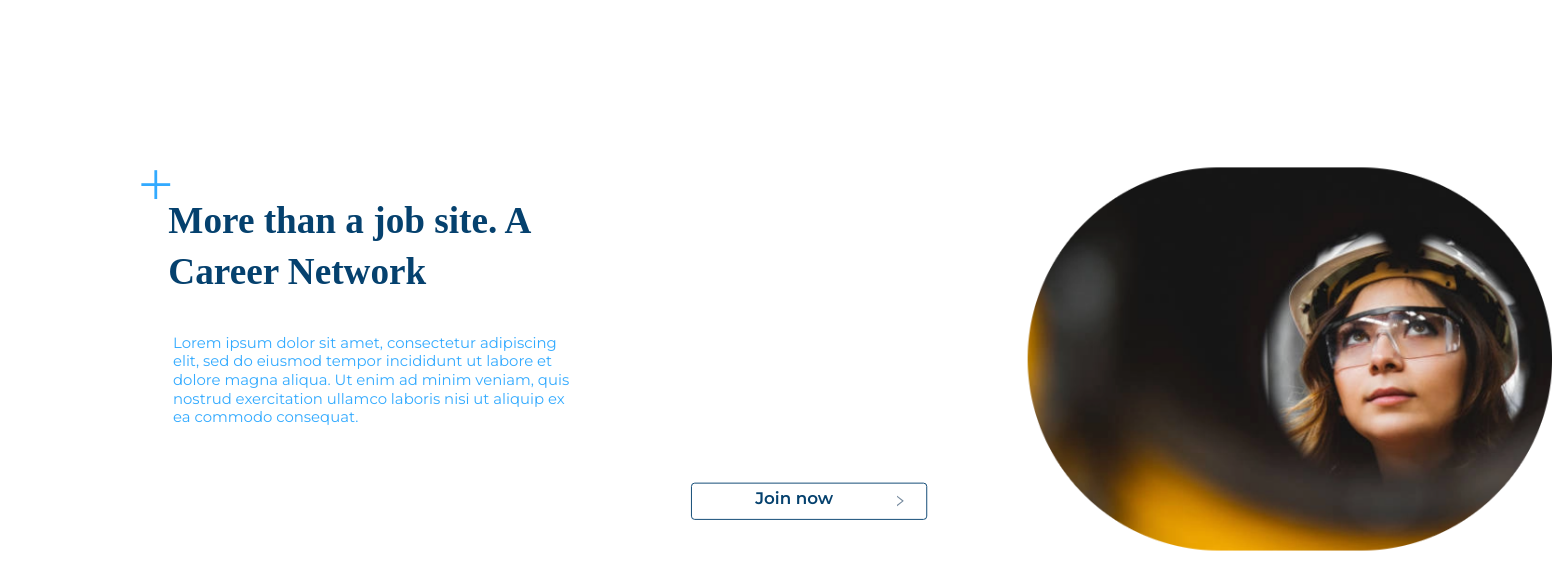
Repository: shekharyadav638/OSL_Assignment_1
Page: index.html
The author's editor kept a copy of each file at every save. The page is drawn from the files as they stood at one save, then again after the next save.
The browser window is 1280 px wide. The page is 1669 px wide, then 1574 px, so the pictures cover 1669 px, including what lies to the right of the window. The pictures show the whole page, at 93% of full size.
The style sheet was rebuilt from its Sass, Less or Tailwind sources for each picture, by a compiler version that may differ from the author's.

Above is the page before, as saved 2024-07-14 22:44:33.

After the next save:
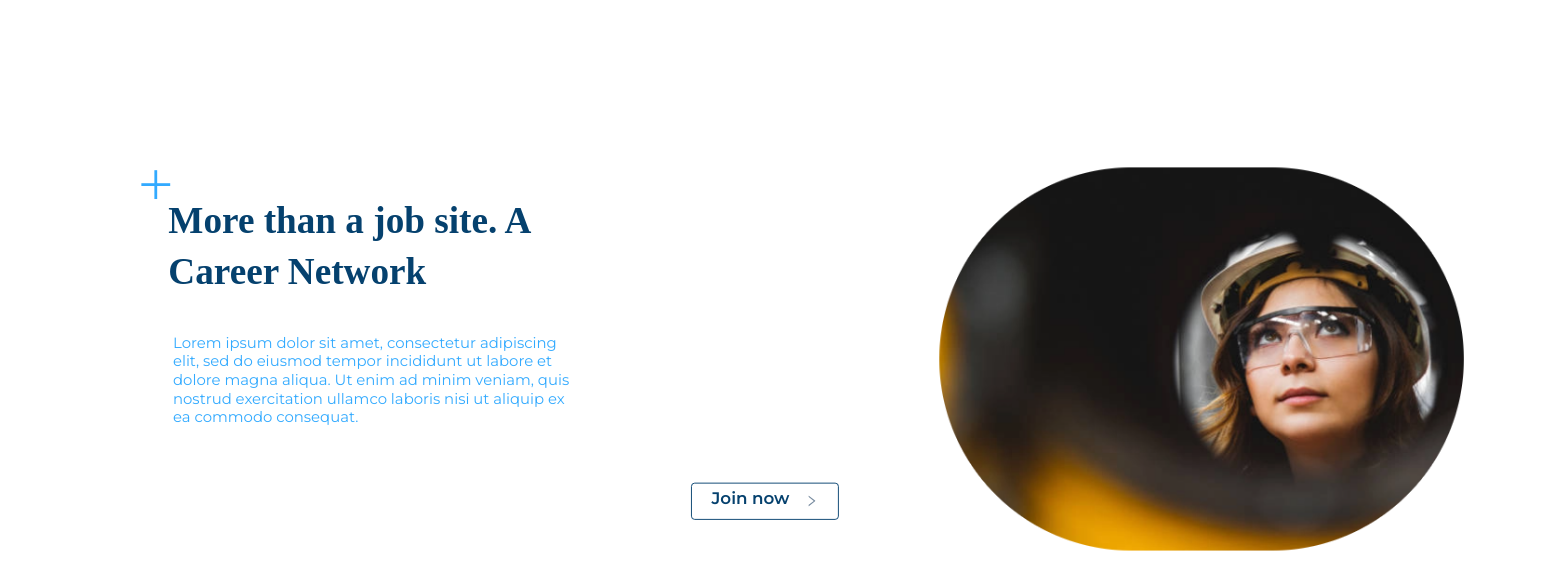
Saved 22 s later.
--- a/_career.scss
+++ b/_career.scss
@@ -47,7 +47,7 @@
       display: flex;
 
       & button {
-        width: 254px;
+        width: 159px;
         height: 40px;
         background: #ffffff 0% 0% no-repeat padding-box;
         border: 1px solid #05416e;
